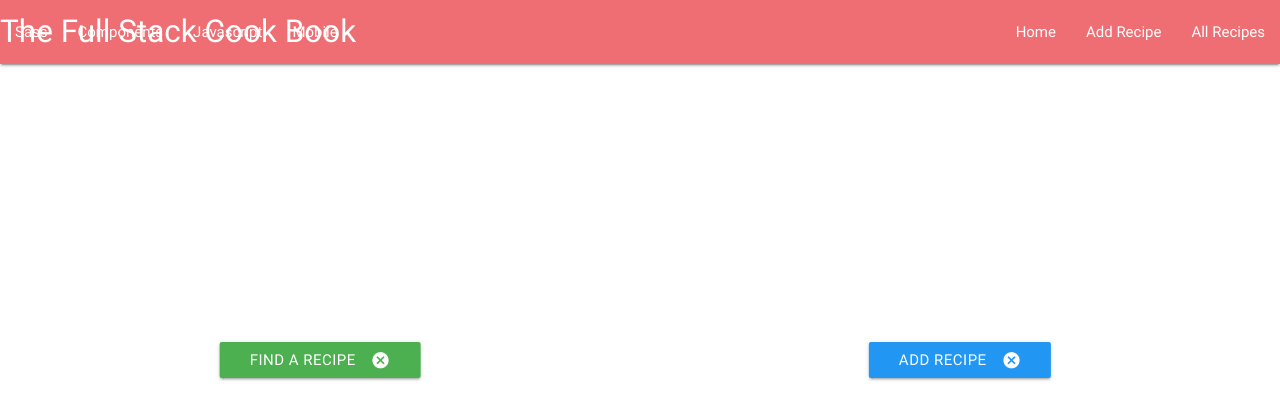
Repository: nakitamccool/francisillingworth-milestone-project-3
Page: http://localhost/index
The author's editor kept a record of every edit. The page is drawn from the files as they stood at one moment, then again after the next edit.
The browser window is 1280 px wide. The pictures show the whole page.
The page is served by the project's application, run on Flask 3 (app.py).

Above is the page before.

### templates/index.html
{% extends 'base.html' %} {% block content %}
</div>


    <div class="split left">
        <div class="centered">
    <a href="{{ url_for('get_recipes') }}" class="waves-effect waves-light btn green">
                <i class="material-icons right">cancel</i>Find a Recipe
            </a>
            </div>
    </div>

    <div class= "split right">
        <div class="centered">
    <a href="{{ url_for('add_recipe') }}" class="waves-effect waves-light btn blue">
                <i class="material-icons right">cancel</i>Add Recipe
            </a>
    </div>




<div class = "container">
{% endblock %}

### templates/base.html
<!DOCTYPE html>
<html lang="en">
<head>
    <link href="https://fonts.googleapis.com/icon?family=Material+Icons"
      rel="stylesheet">
    <link rel="stylesheet"  href="https://cdnjs.cloudflare.com/ajax/libs/materialize/0.100.2/css/materialize.min.css">
    <link rel="stylesheet" href="{{url_for('static' , filename = "css/style.css")}}" type="text/css" />

</head>
<body>
  <header>
    <nav>
    <div class="nav-wrapper">
      <a href="#" class="brand-logo">The Full Stack Cook Book</a>
      <ul id="nav-mobile" class="right hide-on-med-and-down">
        <li><a href="index.html">Home</a></li>
        <li><a href="{{ url_for('add_recipe') }}">Add Recipe</a></li>
        <li><a href="{{ url_for('get_recipes') }}">All Recipes</a></li>
      </ul>
      <ul class="sidenav" id="mobile-demo">
    <li><a href="sass.html">Sass</a></li>
    <li><a href="badges.html">Components</a></li>
    <li><a href="collapsible.html">Javascript</a></li>
    <li><a href="mobile.html">Mobile</a></li>
  </ul>
    </div>
  </nav>



  </header>
    <div class="container">
    {% block content %}
    {% endblock %}
    </div>
    <script src="https://cdnjs.cloudflare.com/ajax/libs/jquery/3.4.1/jquery.min.js" integrity="sha256-CSXorXvZcTkaix6Yvo6HppcZGetbYMGWSFlBw8HfCJo=" crossorigin="anonymous"></script>
    <script src="https://cdnjs.cloudflare.com/ajax/libs/materialize/0.100.2/js/materialize.min.js"></script>
    <script type="text/javascript">
         $(document).ready(function(){
    $('.collapsible').collapsible();
    $('select').material_select();
  });

    </script>


</body>
</html>

### app.py
import os
from flask import Flask , render_template, redirect, request, url_for
from flask_pymongo import PyMongo
from bson.objectid import ObjectId


db_password = os.environ.get('DB_PASSWORD')

app = Flask(__name__)

app.config["MONGO_DBNAME"] = 'recipe_project'
app.config["MONGO_URI"] = 'mongodb+srv://root:r00tUser@myfirstcluster-aogax.mongodb.net/recipe_project?retryWrites=true&w=majority'

mongo = PyMongo(app)

@app.route('/')



@app.route('/index')
def index():
    return render_template("index.html")


@app.route('/get_recipes')
def get_recipes():
    return render_template("recipes.html", recipes=mongo.db.recipe.find())


@app.route('/add_recipe')
def add_recipe():
    return render_template('addrecipe.html', cuisine=mongo.db.cuisine.find())


@app.route('/insert_recipe', methods=['POST'])
def insert_recipe():
    recipes=mongo.db.recipe
    recipes.insert_one(request.form.to_dict())
    return redirect(url_for('get_recipes'))


@app.route('/edit_recipe/<recipe_id>')
def edit_recipe(recipe_id):
    the_recipe = mongo.db.recipe.find_one({"_id": ObjectId(recipe_id)})
    all_cuisine = mongo.db.cuisine.find()
    return render_template('editrecipe.html', recipe = the_recipe, cuisine=all_cuisine)



@app.route('/update_recipe/<recipe_id>', methods = ["POST"])
def update_recipe(recipe_id):
    recipes = mongo.db.recipe
    recipes.update( {'_id': ObjectId(recipe_id)},
    {
        'recipe_name' : request.form.get('recipe_name'),
        'cuisine_type' : request.form.get('cuisine_type'),
        'author' : request.form.get('author'),
        'ingredients' : request.form.get('ingredients'),
        'method' : request.form.get('method'),
        'cook_time' : request.form.get('cook_time'),
    })
    return redirect(url_for('get_recipes'))

@app.route('/delete_recipe/<recipe_id>')
def delete_recipe(recipe_id):
    mongo.db.recipe.remove({'_id':ObjectId(recipe_id)})
    return redirect(url_for('get_recipes'))





@app.route('/get_cuisines')
def get_cuisines():
    return render_template('cuisines.html', cuisine=mongo.db.cuisine.find())


@app.route('/edit_cuisine/<cuisine_id>')
def edit_cuisine(cuisine_id):
    return render_template('editcuisine.html', cuisine=mongo.db.cuisine.find_one({'_id':ObjectId(cuisine_id)}))


@app.route('/update_cuisine/<cuisine_id>', methods=['POST'])
def update_cuisine(cuisine_id):
    mongo.db.cuisine.update(
        {'_id': ObjectId(cuisine_id)},
        {'cuisine_type': request.form.get('cuisine_type')})
    return redirect(url_for('get_cuisines'))



@app.route('/add_cuisine')
def add_cuisine():
    return render_template('addcuisine.html', cuisine=mongo.db.cuisine.find())


@app.route('/insert_cuisine', methods=['POST'])
def insert_cuisine():
    cuisines=mongo.db.cuisine
    cuisines.insert_one(request.form.to_dict())
    return redirect(url_for('add_recipe'))



@app.route('/delete_cuisine/<cuisine_id>')
def delete_cuisine(cuisine_id):
    mongo.db.cuisine.remove({'_id':ObjectId(cuisine_id)})
    return redirect(url_for('get_cuisines'))



@app.route('/add_cuisine_edit')
def add_cuisine_edit():
    return render_template('addcuisine-edit.html', cuisine=mongo.db.cuisine.find())


@app.route('/insert_cuisine_edit', methods=['POST'])
def insert_cuisine_edit():
    cuisines=mongo.db.cuisine
    cuisines.insert_one(request.form.to_dict())
    return redirect(url_for('get_cuisines'))



@app.route('/find_recipe')
def find_recipe():
    return render_template("findrecipe.html", cuisine=mongo.db.cuisine.find(), authors=mongo.db.recipe.find().distinct('author'))

@app.route('/filter_recipes')
def filter_recipes():
        cuisines=mongo.db.cuisine
        recipes=mongo.db.recipe
        mongo.db.recipe.find({ cuisine_type : "{{cuisine_type}}" })

        return render_template("results.html")





if __name__ == '__main__':
    app.run(host=os.environ.get('IP'),
            port=int(os.environ.get('PORT')),
            debug=True)

### static/css/style.css
.btn_edit{
    height:28px;
    margin: 5px 15px;
    line-height: 28px;
    padding-left: 3px;
    padding-right: 6px;



}

.btn_delete{
    height:28px;
    margin: 5px 15px ;
    line-height: 28px;
    padding-left: 5px;
    padding-right: 5px;
    background-color: #b70808;

}

.collapsible-header i {
 margin:0;}

 .btn_delete:hover {
    background-color: #71231d;
}

.cancel_button{
    margin: 5px 15px;
    padding-left: 3px;
    padding-right: 6px;
    background-color: #b70808

}


 .cancel_button:hover {
    background-color: #71231d;
}


.recipe_header{
    margin-top:5px;
    margin-right: 20px;
}

.deleteEdit{
    margin-left:auto;
    margin-right:0;
}

.add_cuisine{
    margin-top: 0;
    margin-left:5%;
}

.split {
  height: 100%;
  width: 50%;
  position: fixed;
  z-index: -1;
  top: 0;
  overflow-x: hidden;
  padding-top: 20px;
}
.right {
  right: 0;
  border-left-color:black;
  border-left-width:5px;


}

.centered {
  position: absolute;
  top: 50%;
  left: 50%;
  transform: translate(-50%, -50%);
  text-align: center;
}

.findRecipe{
    padding:10px;
    opacity: 1
}

.addRecipe{
    opacity: 1

}
img{
    position: fixed;
    opacity: 0.3;

    z-index: -2




}

.box{
    background-color: #ff8a0017;
    border-radius: 20px;
    padding-left: 20px;
    padding-right: 20px;

}

After the next edit:
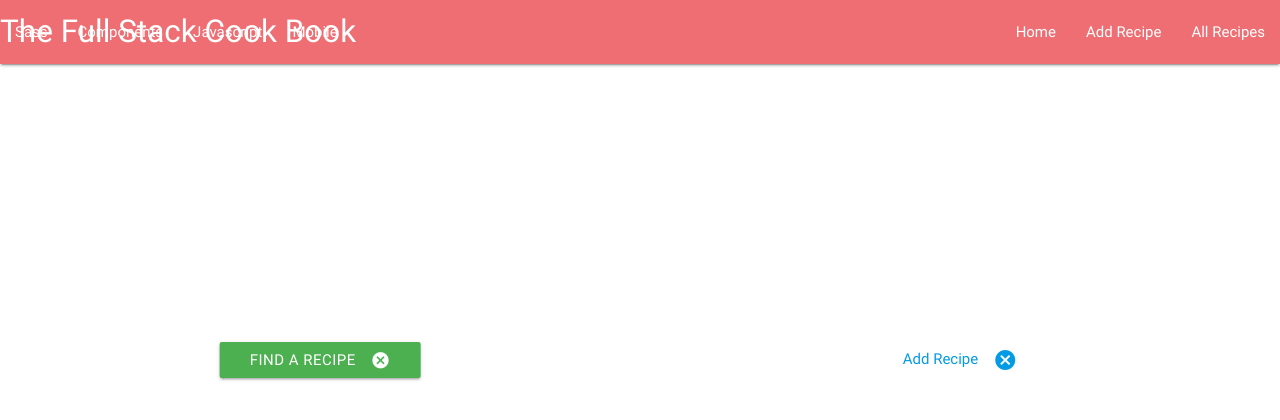
The edit:
--- a/templates/index.html
+++ b/templates/index.html
@@ -2,23 +2,24 @@
 </div>
 
 
-    <div class="split left">
-        <div class="centered">
-    <a href="{{ url_for('get_recipes') }}" class="waves-effect waves-light btn green">
+<div class="split left">
+    <div class="centered">
+        <a href="{{ url_for('get_recipes') }}" class="waves-effect waves-light btn green">
                 <i class="material-icons right">cancel</i>Find a Recipe
             </a>
-            </div>
     </div>
+</div>
 
-    <div class= "split right">
-        <div class="centered">
-    <a href="{{ url_for('add_recipe') }}" class="waves-effect waves-light btn blue">
+<div class="split right">
+    <div class="centered">
+        <a class = "addRecipe" href="{{ url_for('add_recipe') }}" class="waves-effect waves-light btn blue">
                 <i class="material-icons right">cancel</i>Add Recipe
             </a>
     </div>
+</div>
 
 
 
 
-<div class = "container">
-{% endblock %}
+<div class="container">
+    {% endblock %}
